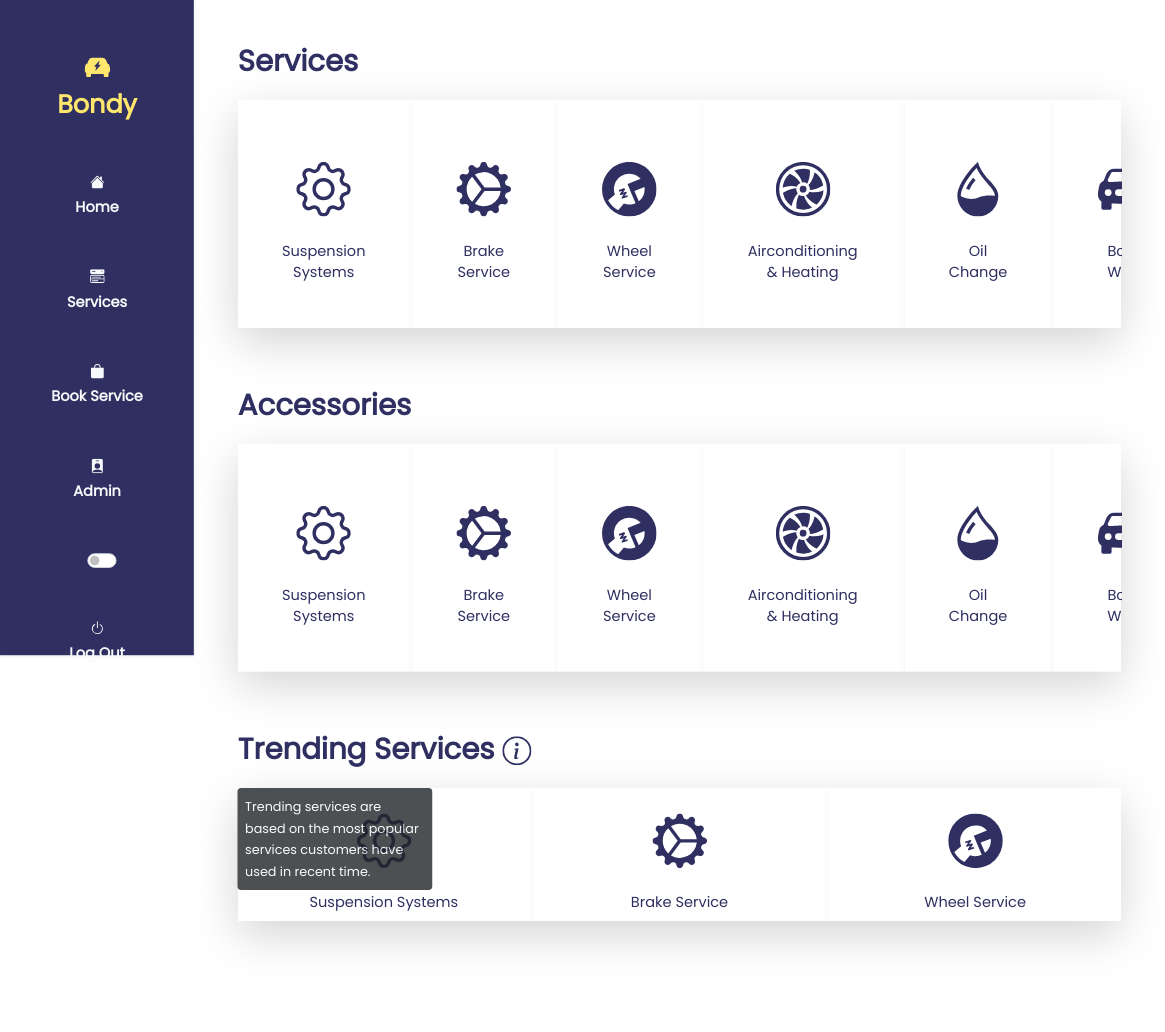
Repository: duzzisantos/bondy
Page: /, after clicking the first element matching `svg.bi-info-circle`
An editor plug-in stored every save of this project. The page is shown before and after the next save, followed by the edit.
The browser window is 1280 px wide. The pictures show the whole page, at 91% of full size.
Some web libraries are served in a nearby version. The project was rebuilt for these pictures with package versions that can differ from the ones it lists, and the page was loaded fresh each time. Also part of the build but not shown: src/components/Services/ServiceTemplate.tsx, src/data/mockData.ts, src/views/Services.tsx.

Above is the page before, as saved 2023-06-25 14:37:57.

### public/index.html
<!DOCTYPE html>
<html lang="en">
  <head>
    <meta charset="utf-8" />
    <link rel="icon" href="%PUBLIC_URL%/favicon.ico" />
    <meta name="viewport" content="width=device-width, initial-scale=1" />
    <meta name="theme-color" content="#000000" />
    <meta
      name="description"
      content="Web site created using create-react-app"
    />
    <link rel="apple-touch-icon" href="%PUBLIC_URL%/logo192.png" />
    <!-- Option 1: Include in HTML -->
    <link
      rel="stylesheet"
      href="https://cdn.jsdelivr.net/npm/bootstrap-icons@1.3.0/font/bootstrap-icons.css"
    />
    <link rel="preconnect" href="https://fonts.googleapis.com" />
    <link rel="preconnect" href="https://fonts.gstatic.com" crossorigin />
    <!--
      manifest.json provides metadata used when your web app is installed on a
      user's mobile device or desktop. See https://developers.google.com/web/fundamentals/web-app-manifest/
    -->
    <link rel="manifest" href="%PUBLIC_URL%/manifest.json" />
    <!--
      Notice the use of %PUBLIC_URL% in the tags above.
      It will be replaced with the URL of the `public` folder during the build.
      Only files inside the `public` folder can be referenced from the HTML.

      Unlike "/favicon.ico" or "favicon.ico", "%PUBLIC_URL%/favicon.ico" will
      work correctly both with client-side routing and a non-root public URL.
      Learn how to configure a non-root public URL by running `npm run build`.
    -->
    <title>Bondy</title>
  </head>
  <body>
    <noscript>You need to enable JavaScript to run this app.</noscript>
    <div id="root"></div>
    <!--
      This HTML file is a template.
      If you open it directly in the browser, you will see an empty page.

      You can add webfonts, meta tags, or analytics to this file.
      The build step will place the bundled scripts into the <body> tag.

      To begin the development, run `npm start` or `yarn start`.
      To create a production bundle, use `npm run build` or `yarn build`.
    -->
  </body>
</html>

### src/index.js
import React from "react";
import ReactDOM from "react-dom/client";
import "./index.css";
import App from "./App";
import "bootstrap/dist/css/bootstrap.min.css";
import { BrowserRouter as Router } from "react-router-dom";

const root = ReactDOM.createRoot(document.getElementById("root"));
root.render(
  <React.StrictMode>
    <Router>
      <App />
    </Router>
  </React.StrictMode>
);

### src/App.js
import "./App.css";
import "bootstrap";
import SideBar from "./components/Navigation/SideBar";
import { Routes, Route } from "react-router-dom";
import LandingPage from "./views/LandingPage";
import Services from "./views/Services";
function App() {
  return (
    <div className="App d-flex flex-row flex-nowrap vh-100">
      <SideBar />
      <main className="col-12 ms-auto d-flex flex-column vh-100">
        <Routes>
          <Route path="/" element={<LandingPage />} />
          <Route path="/home" element={<LandingPage />} />
          <Route path="services/:category" element={<Services />} />
        </Routes>
      </main>
    </div>
  );
}

export default App;

### src/App.css
@import url("https://fonts.googleapis.com/css2?family=Cabin&family=Montserrat:wght@200&family=Poppins&display=swap");

* {
  font-family: "Poppins", sans-serif;
}
.App {
  text-align: center;
}

.custom-color {
  color: #2f3061 !important;
}

.custom-bg-color {
  background-color: #2f3061;
}

.custom-border {
  border: 1px solid #2f3061;
}

.custom-border-5 {
  border-right-style: solid !important;
  border-right-width: 8px !important;
  border-right-color: #2f3061 !important;
}

.image-height {
  height: fit-content;
  width: fit-content;
}

### src/components/Navigation/SideBar.tsx
import React, { FunctionComponent, useState } from "react";
import "react-bootstrap";
import "../../App.css";
import "./Navigation.scss";
import { Link } from "react-router-dom";
import {
  HouseFill,
  BagFill,
  PersonBadgeFill,
  Power,
  EvFrontFill,
  MenuButtonWideFill,
  SunFill,
  MoonFill,
} from "react-bootstrap-icons";

const SideBar: FunctionComponent = () => {
  //Refactor this
  const [hoverHome, setHoverHome] = useState(false);
  const [hoverServices, setHoverServices] = useState(false);
  const [hoverBookService, setHoverBookService] = useState(false);
  const [hoverAdmin, setHoverAdmin] = useState(false);
  const [hoverLogout, setHoverLogout] = useState(false);

  const commonLinkClasses = `d-flex flex-column justify-content-center align-items-center p-1 gap-2 brand-icon-color
   text-decoration-none fw-bold`;

  return (
    <div className="col-2 vh-100 custom-bg-color shadow-sm p-5 text-light d-flex flex-column vstack gap-5 sidebar-fixed">
      <Link to={"/"} className={commonLinkClasses + " fs-3"}>
        <span>
          <EvFrontFill className="brand-icon-color" /> Bondy
        </span>
      </Link>
      <Link
        to={"/home"}
        id="home"
        className={`d-flex flex-column justify-content-center align-items-center p-1 gap-2 text-decoration-none fw-bold ${
          hoverHome ? "brand-icon-color" : "text-light"
        }`}
        onMouseEnter={() => setHoverHome(true)}
        onMouseLeave={() => setHoverHome(false)}
        title="Home"
      >
        <HouseFill />
        Home
      </Link>

      <Link
        to={"/services"}
        id="services"
        className={`d-flex flex-column justify-content-center align-items-center p-1 gap-2 text-decoration-none fw-bold ${
          hoverServices ? "brand-icon-color" : "text-light"
        }`}
        onMouseEnter={() => setHoverServices(true)}
        onMouseLeave={() => setHoverServices(false)}
        title="Services"
      >
        <MenuButtonWideFill />
        Services
      </Link>

      <Link
        to={"/book-service"}
        id="book-service"
        className={`d-flex flex-column justify-content-center align-items-center p-1 gap-2 text-decoration-none fw-bold ${
          hoverBookService ? "brand-icon-color" : "text-light"
        }`}
        onMouseEnter={() => setHoverBookService(true)}
        onMouseLeave={() => setHoverBookService(false)}
        title="Book Service"
      >
        <BagFill />
        Book Service
      </Link>

      <Link
        to={"/admin"}
        id="admin"
        className={`d-flex flex-column justify-content-center align-items-center p-1 gap-2 text-decoration-none fw-bold ${
          hoverAdmin ? "brand-icon-color" : "text-light"
        }`}
        onMouseEnter={() => setHoverAdmin(true)}
        onMouseLeave={() => setHoverAdmin(false)}
        title="Admin"
      >
        <PersonBadgeFill />
        Admin
      </Link>

      <div className="form-check form-switch px-5 d-flex flex-row flex-nowrap">
        <SunFill className="mx-auto mt-1" />
        <input
          className="form-check-input mx-auto"
          type="checkbox"
          role="switch"
          id="flexSwitchCheckChecked"
          title="Switch display mode"
        />
        <MoonFill className="mx-auto mt-1" />
      </div>

      <Link
        to={"/logout"}
        id="logout"
        className={`d-flex flex-column justify-content-center align-items-center p-1 gap-2 text-decoration-none fw-bold ${
          hoverLogout ? "brand-icon-color" : "text-light"
        }`}
        onMouseEnter={() => setHoverLogout(true)}
        onMouseLeave={() => setHoverLogout(false)}
        title="Logout"
      >
        <Power />
        Log Out
      </Link>
    </div>
  );
};

export default SideBar;

### src/views/LandingPage.tsx
import React, { FunctionComponent, useState } from "react";
import "../components/Home/LandingPage.scss";
import LandingPageScrollContainer from "src/components/Home/LandingPageScrollContainer";
import { servicesList } from "src/components/Home/landingPageContent";
import { InfoCircle } from "react-bootstrap-icons";
import TrendingServices from "src/components/Home/TrendingServices";

const LandingPage: FunctionComponent = () => {
  const handleClick = () => {
    console.log("This was clicked");
  };

  const [show, setShow] = useState(false);

  const displayInfo = () => {
    setShow(!show);
  };
  return (
    <div className="col-10 px-5 pt-5 py-5 ms-auto vh-100 vstack gap-5 d-flex flex-column align-items-center">
      <LandingPageScrollContainer
        content={servicesList}
        category="Services"
        handleClick={handleClick}
        extraClass="p-5"
        extraElement={null}
        displayExtraElement={null}
      />
      <LandingPageScrollContainer
        content={servicesList}
        category="Accessories"
        handleClick={handleClick}
        extraClass="p-5"
        extraElement={null}
        displayExtraElement={null}
      />
      <LandingPageScrollContainer
        content={servicesList.reverse().slice(0, 3)}
        category="Trending Services"
        handleClick={handleClick}
        extraClass="p-2"
        extraElement={<InfoCircle onClick={displayInfo} />}
        displayExtraElement={show && <TrendingServices />}
      />
    </div>
  );
};

export default LandingPage;

### src/components/Navigation/Navigation.scss
.brand-icon-color {
  color: #ffe66d !important;
}

.sidebar-fixed {
  position: fixed !important;
}

### src/components/Home/LandingPage.scss
.scroll-container-fixed {
  position: fixed !important;
}

.scroll-container-size {
  height: 330px !important;
}

.scroller {
  overflow: auto !important;
  scrollbar-width: none !important;
}

.scroller::-webkit-scrollbar {
  display: none !important;
}
.service-card {
  height: 270px !important;
}

.service-icon-font {
  font-size: 60px !important;
}

### src/components/Home/LandingPageScrollContainer.tsx
import React, { FunctionComponent } from "react";
import "../../App.css";
import { Link } from "react-router-dom";

interface ScrollContainerProps {
  content: any[];
  category: string;
  handleClick: any;
  extraClass: string;
  extraElement: any;
  displayExtraElement: any;
}
const LandingPageScrollContainer: FunctionComponent<ScrollContainerProps> = ({
  content,
  category,
  handleClick,
  extraClass,
  extraElement,
  displayExtraElement,
}) => {
  return (
    <section className="col-6 w-100 scroll-container-size">
      <h2 className="text-start mb-4 custom-color fw-bold">
        {category} {extraElement}
      </h2>
      {displayExtraElement}
      <div className="overflow-x-auto d-flex flex-row hstack gap-1 shadow-lg scroller">
        {content.map((element, index) => (
          <Link
            to={`/services/${element.category}`}
            key={index}
            className={`text-decoration-none w-100 shadow-sm d-flex flex-column vstack gap-3 ${extraClass}`}
            onClick={handleClick}
            title={element.category}
          >
            <span className={`service-icon-font custom-color`}>
              {element.icon}
            </span>
            <span className="custom-color">{element.category}</span>
          </Link>
        ))}
      </div>
    </section>
  );
};

export default LandingPageScrollContainer;

### src/components/Home/landingPageContent.tsx
import React from "react";
import {
  Gear,
  GearWideConnected,
  WrenchAdjustableCircleFill,
  Fan,
  DropletHalf,
  CarFrontFill,
} from "react-bootstrap-icons";
export const servicesList = [
  {
    id: 1,
    category: "Suspension Systems",
    icon: <Gear />,
  },
  {
    id: 2,
    category: "Brake Service",
    icon: <GearWideConnected />,
  },
  {
    id: 3,
    category: "Wheel Service",
    icon: <WrenchAdjustableCircleFill />,
  },
  {
    id: 4,
    category: "Airconditioning & Heating",
    icon: <Fan />,
  },
  {
    id: 5,
    category: "Oil Change",
    icon: <DropletHalf />,
  },
  {
    id: 6,
    category: "Body Work",
    icon: <CarFrontFill />,
  },
];

### src/components/Home/TrendingServices.tsx
import React, { FunctionComponent } from "react";

const TrendingServices: FunctionComponent = () => {
  return (
    <div
      className="col-sm-2 bg-dark text-light rounded-1 text-start p-2 position-absolute"
      style={{ opacity: 0.8 }}
    >
      <small>
        Trending services are based on the most popular services customers have
        used in recent time.
      </small>
    </div>
  );
};

export default TrendingServices;

Loaded but not shown: src/index.css (common file)

After the next save:
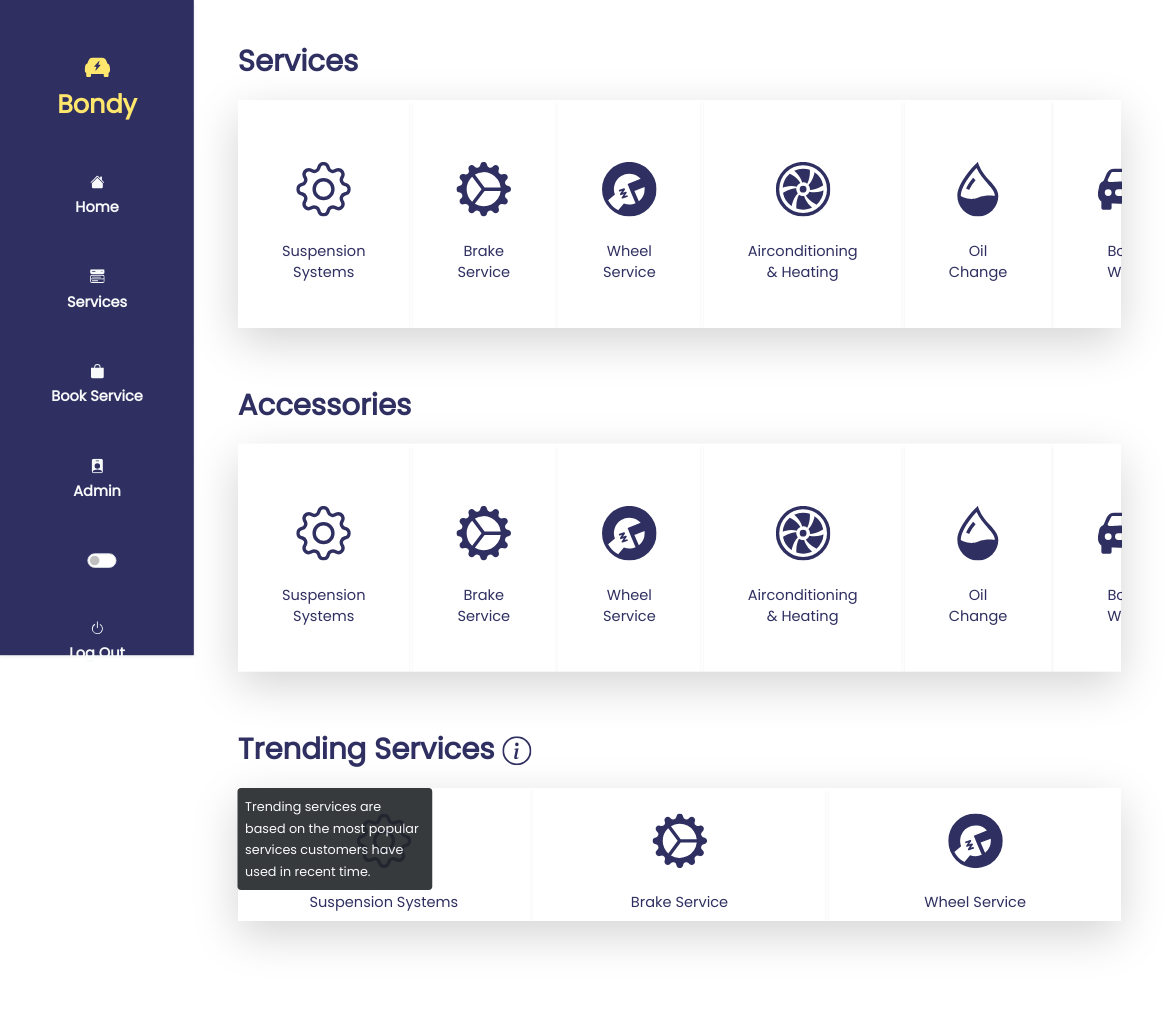
Saved 6 s later.
--- a/src/components/Home/TrendingServices.tsx
+++ b/src/components/Home/TrendingServices.tsx
@@ -4,7 +4,7 @@ const TrendingServices: FunctionComponent = () => {
   return (
     <div
       className="col-sm-2 bg-dark text-light rounded-1 text-start p-2 position-absolute"
-      style={{ opacity: 0.8 }}
+      style={{ opacity: 0.9 }}
     >
       <small>
         Trending services are based on the most popular services customers have
